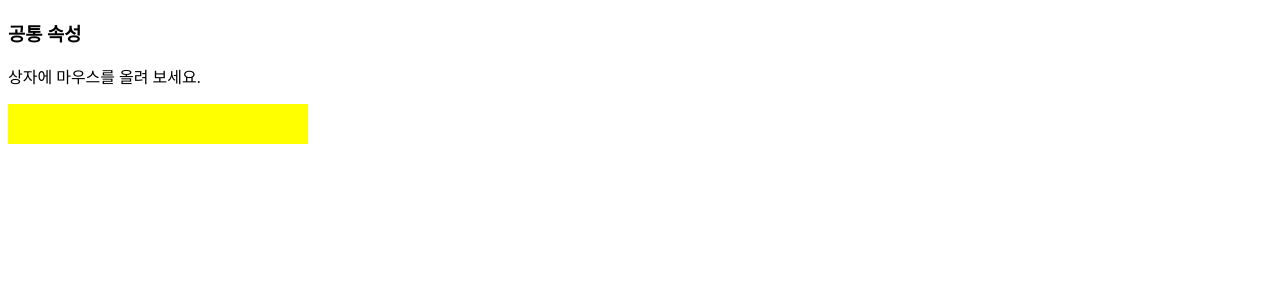
Repository: JiYoon0712/HTML_CSS_javascript
Page: work/study/src/main/webapp/htmlEx/ch02/ex06.html
These files come from the project's save history. The page is drawn as it stood at one moment and after the next save; the edit follows.
The browser window is 1280 px wide. The pictures show the whole page.

Above is the page before, as saved 2023-04-03 03:10:55.

### work/study/src/main/webapp/htmlEx/ch02/ex06.html
<!DOCTYPE html>
<html>
<head>
<meta charset="UTF-8">
<title>Insert title here</title>
<style type="text/css">
.box{
	border: 3px solid gray;
	width: 500px;
	height: 100px;
	overflow: auto;
}

.box2{
	border: 3px solid blue;
	width: 450px;
	padding: 25px;
	text-align: center;
	font-weight: 700;
}

</style>

</head>
<body>

<h3> 공통 속성 </h3>

<p>상자에 마우스를 올려 보세요.</p>
<div title="안녕..." style="width:300px; height:40px; background: yellow;"></div>
</body>
</html>

After the next save:
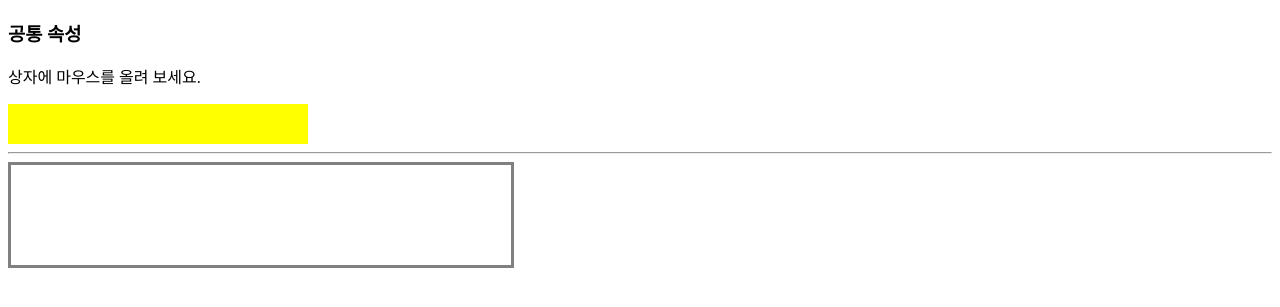
Saved 39 s later.
--- a/work/study/src/main/webapp/htmlEx/ch02/ex06.html
+++ b/work/study/src/main/webapp/htmlEx/ch02/ex06.html
@@ -28,5 +28,9 @@
 
 <p>상자에 마우스를 올려 보세요.</p>
 <div title="안녕..." style="width:300px; height:40px; background: yellow;"></div>
+<hr>
+
+<div class = "box" contenteditable="true"></div>
+
 </body>
 </html>
